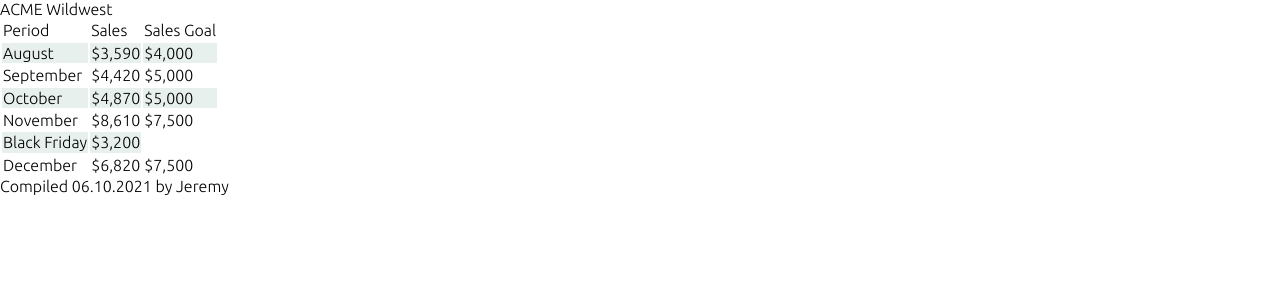
Repository: jknudsen97/jknudsen97.github.io
Page: W08 Activity/tablebuild.html
An editor plug-in stored every save of this project. The page is shown before and after the next save, followed by the edit.
The browser window is 1280 px wide. The pictures show the whole page.

Above is the page before, as saved 2021-06-10 14:20:23.

### W08 Activity/tablebuild.html
<!DOCTYPE html>
<html lang="en">
<head>
    <meta charset="UTF-8">
    <meta http-equiv="X-UA-Compatible" content="IE=edge">
    <meta name="viewport" content="width=device-width, initial-scale=1.0">
    <link rel="preconnect" href="https://fonts.gstatic.com">
    <link href="https://fonts.googleapis.com/css2?family=Ubuntu:wght@300&display=swap" rel="stylesheet">
    <link rel="stylesheet" href="https://cdnjs.cloudflare.com/ajax/libs/normalize/8.0.1/normalize.min.css">
    <link rel="stylesheet" href="css/main.css"/>
    <title>Table Build</title>
</head>
    <body>
        <table>
            <thead>ACME Wildwest</thead>
            <tbody>
            <tr class="unique">
                <td>Period</td>
                <td>Sales</td>
                <td>Sales Goal</td>
            </tr>
            <tr>
                <td>August</td>
                <td>$3,590</td>
                <td>$4,000</td>
            </tr>
            <tr>
                <td>September</td>
                <td>$4,420</td>
                <td>$5,000</td>
            </tr>
            <tr>
                <td>October</td>
                <td>$4,870</td>
                <td>$5,000</td>
            </tr>
            <tr>
                <td>November</td>
                <td>$8,610</td>
                <td class="unique">$7,500</td>
            </tr>
            <tr>
                <td>Black Friday</td>
                <td>$3,200</td>
            </tr>
            <tr>
                <td>December</td>
                <td>$6,820</td>
                <td>$7,500</td>
            </tr>
            </tbody>
        </table>
    </tfoot>Compiled 06.10.2021 by Jeremy</tfoot>
    </body>
</html>

### W08 Activity/css/main.css
thead{
    background-color: #e7f0ed;
}

tfoot{
    background-color: #7fb9c2;
}

body{
    font-family: 'Ubuntu', sans-serif;
}

tr:nth-child(2n){
    background-color: #e7f0ed;
  }

After the next save:
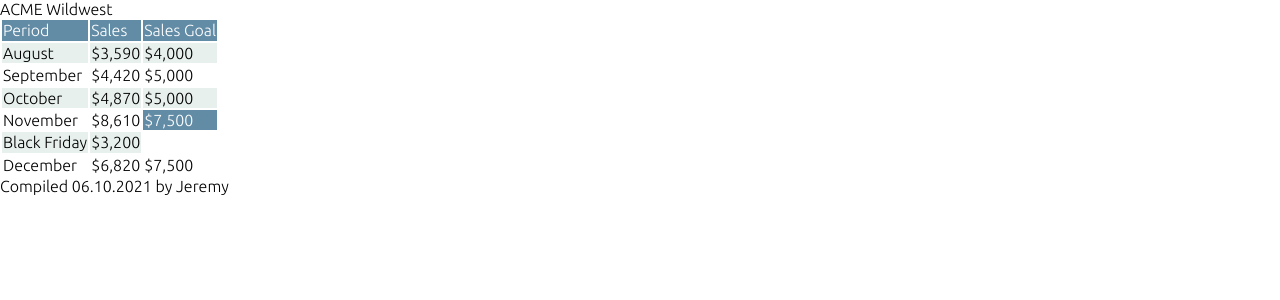
Saved 52 s later.
--- a/W08 Activity/css/main.css
+++ b/W08 Activity/css/main.css
@@ -13,3 +13,8 @@
 tr:nth-child(2n){
     background-color: #e7f0ed;
   }
+
+  .unique{
+      color: white;
+      background-color: #628ca6;
+  }
